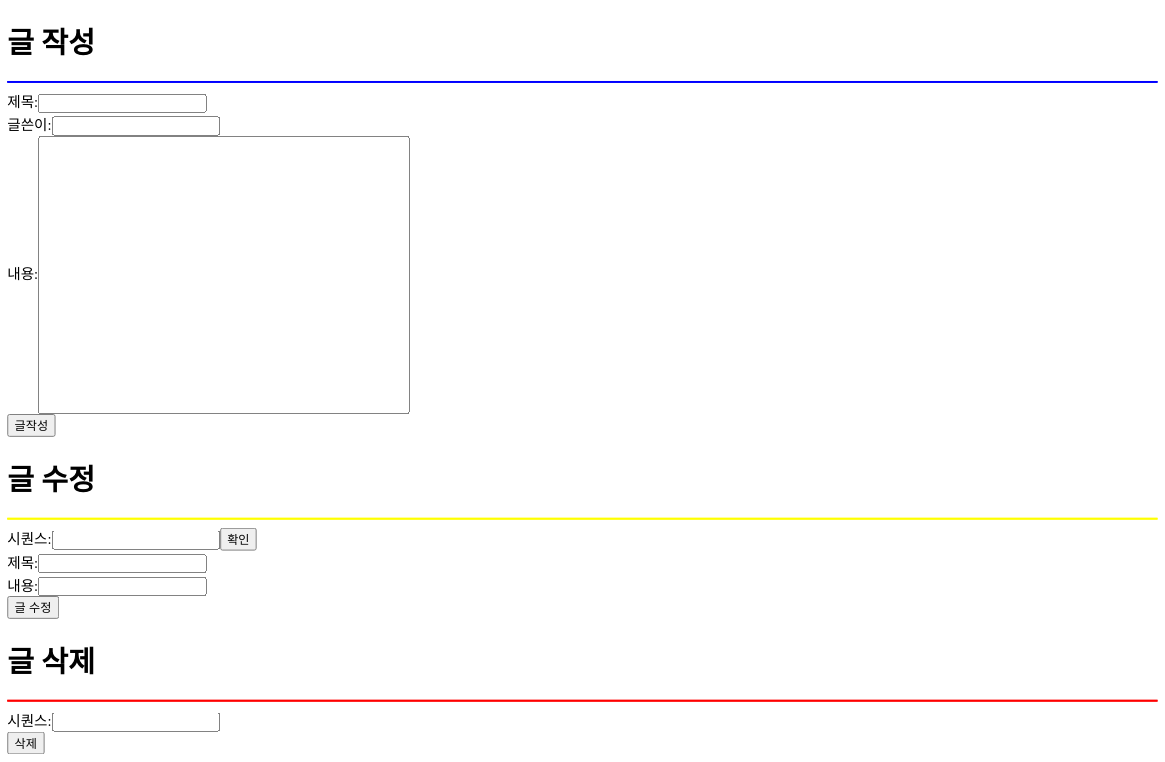
Repository: Yusubin/workEx
Page: test00/src/main/webapp/index.html
These files come from the project's save history. The page is drawn as it stood at one moment and after the next save; the edit follows.
The browser window is 1280 px wide. The pictures show the whole page, at 91% of full size.

Above is the page before, as saved 2022-02-15 01:52:57.

### test00/src/main/webapp/index.html
<!DOCTYPE html>
<html>
	<head>
	<meta charset="UTF-8">
	<title>Insert title here</title>
	</head>
	<body>
	<h1>글 작성</h1>
	<hr color="blue">
	<form action="create.jsp">
	제목:<input type="text" name="title"><br>
	글쓴이:<input type="text" name="name"><br>
	내용:<input type="text" name="content" style="width:400px; height:300px"><br>

	<button>글작성</button>


	</form>
	<h1>글 수정</h1>
	<hr color="yellow">
	<form action="update.jsp">
	시퀀스:<input type="text" name="idx"><button>확인</button><br>
	제목:<input type="text" name="title"><br>
	내용:<input type="text" name="content"><br>
	<button>글 수정</button>
	</form>

	<h1>글 삭제</h1>
	<hr color="red">
	<form action="delete.jsp">
	시퀀스:<input type="text" name="idx"><br>
	<button>삭제</button>
	</form>
</html>

After the next save:
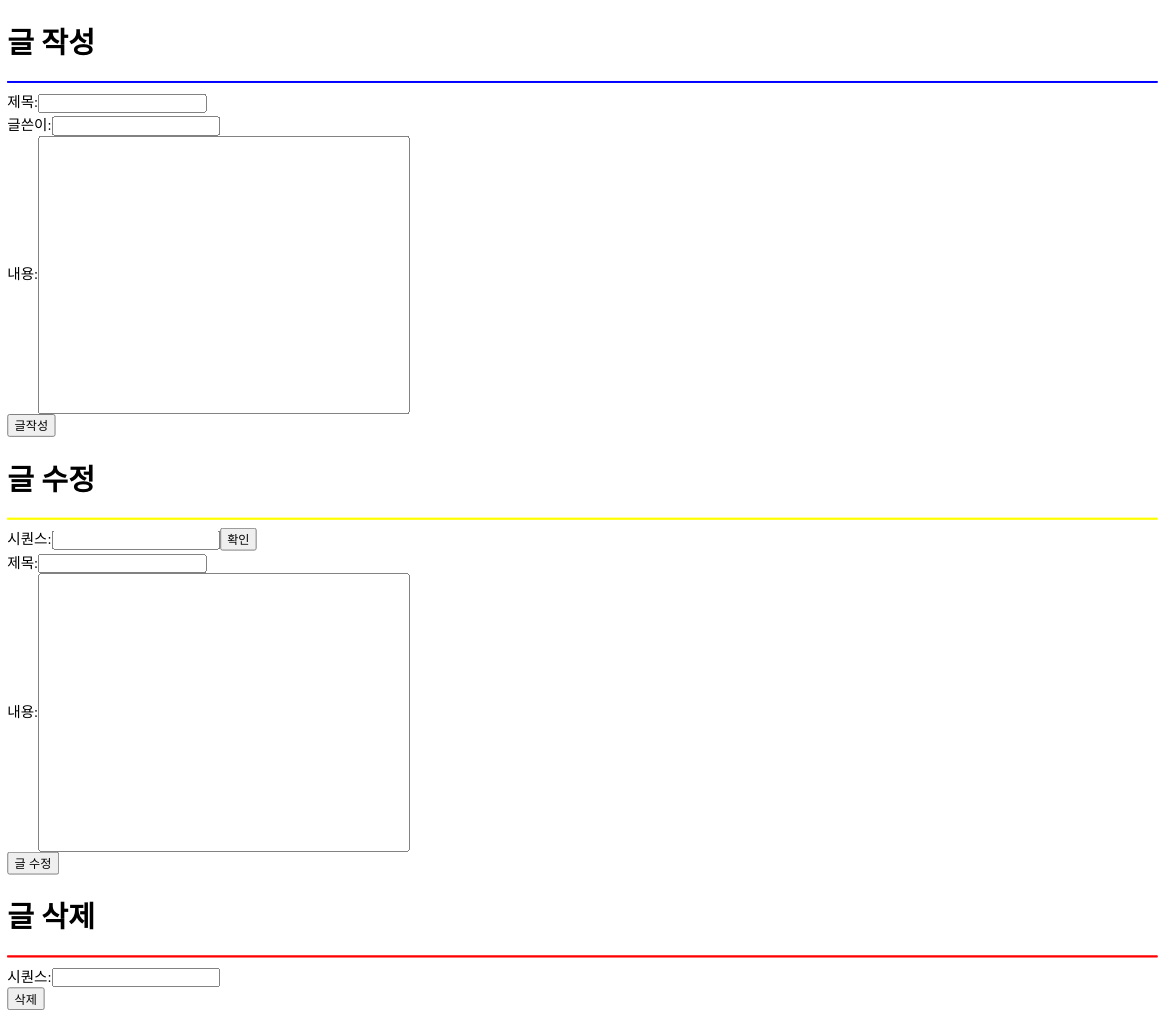
Saved 16 s later.
--- a/test00/src/main/webapp/index.html
+++ b/test00/src/main/webapp/index.html
@@ -21,7 +21,7 @@
 	<form action="update.jsp">
 	시퀀스:<input type="text" name="idx"><button>확인</button><br>
 	제목:<input type="text" name="title"><br>
-	내용:<input type="text" name="content"><br>
+	내용:<input type="text" name="content" style="width:400px; height:300px"><br>
 	<button>글 수정</button>
 	</form>
 
